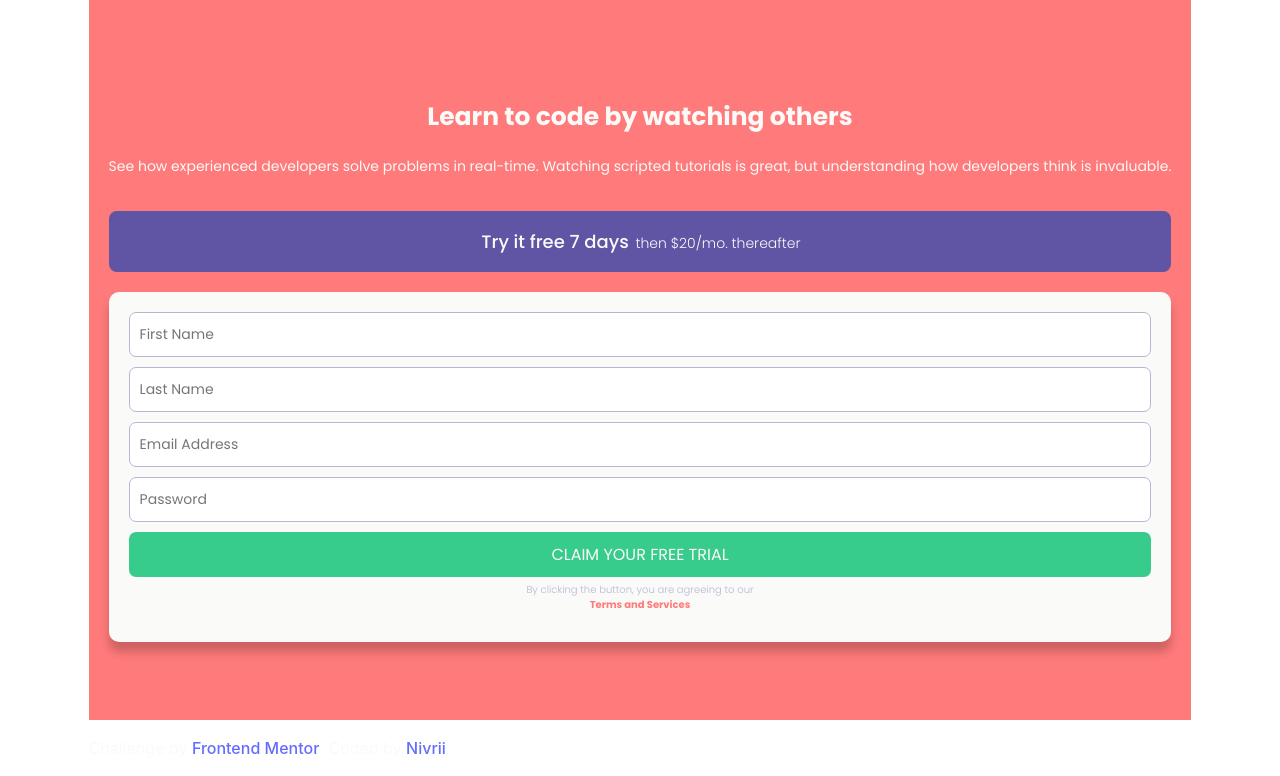
Repository: nivrii/intro-component-with-signup
Page: /
An editor plug-in stored every save of this project. The page is shown before and after the next save, followed by the edit.
The browser window is 1280 px wide. The pictures show the whole page.
The project was rebuilt for these pictures with package versions that can differ from the ones it lists, and the page was loaded fresh each time. Also part of the build but not shown: vite.config.js.

Above is the page before, as saved 2023-10-12 12:03:27.

After the next save:
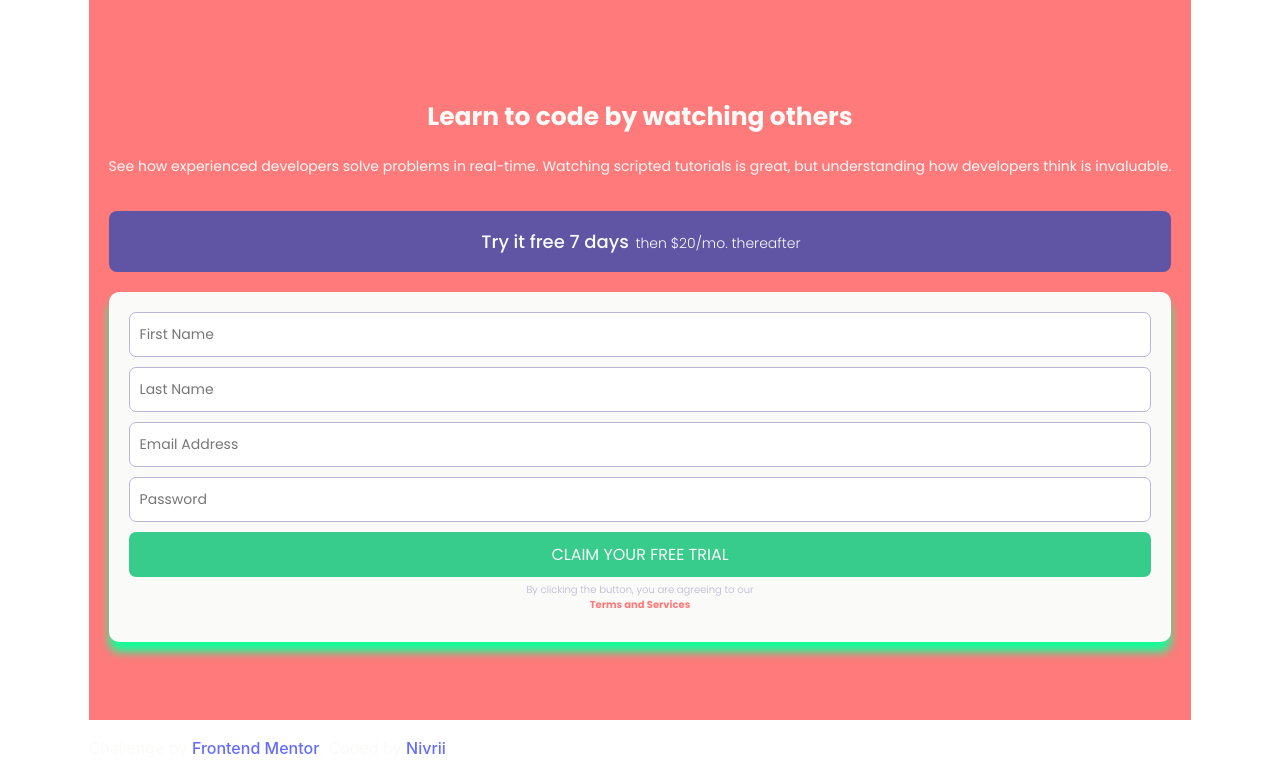
Saved 93 s later.
--- a/src/Form/Form.css
+++ b/src/Form/Form.css
@@ -8,7 +8,7 @@
   padding: 20px;
   gap: 10px;
   border-radius: 10px;
-  box-shadow: 0 10px 10px rgba(0, 0, 0, 0.2);
+  box-shadow: 0 10px 10px #1f9;
   & .input,
   .btn {
     height: 45px;
